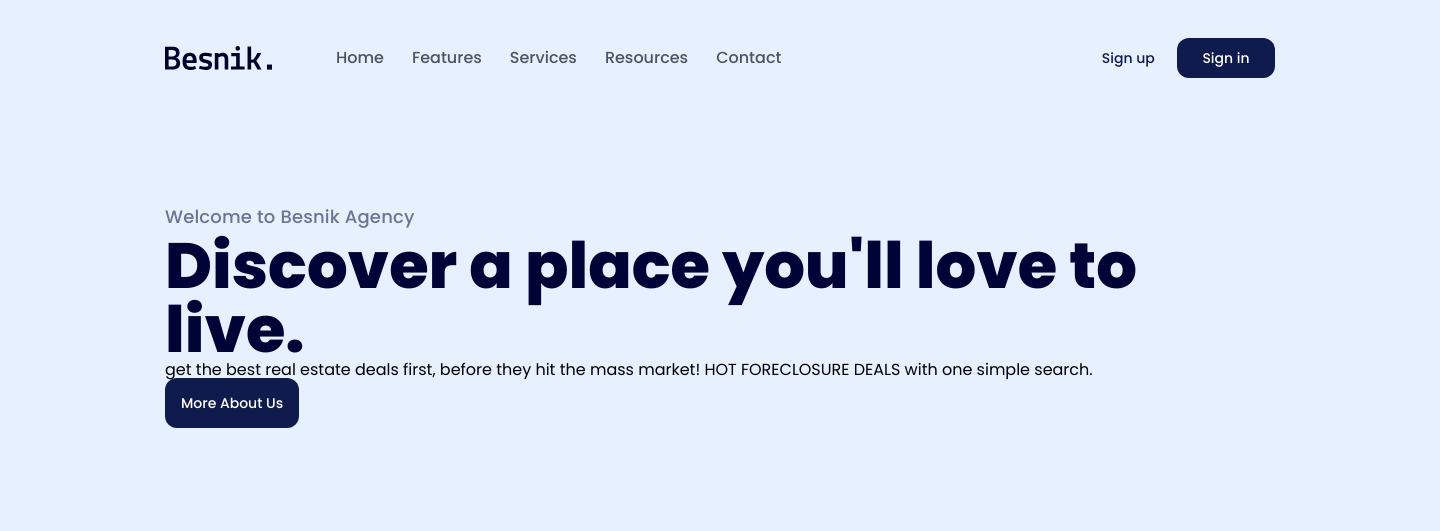
Repository: datvu1608/dv-htmlcss-01
Page: index.html
An editor plug-in stored every save of this project. The page is shown before and after the next save, followed by the edit.
The browser window is 1280 px wide. The page is 1440 px wide, so the pictures cover 1440 px, including what lies to the right of the window. The pictures show the whole page.

Above is the page before, as saved 2023-06-01 14:49:55.

### index.html
<!DOCTYPE html>
<html lang="en">
  <head>
    <meta charset="UTF-8" />
    <meta http-equiv="X-UA-Compatible" content="IE=edge" />
    <meta name="viewport" content="width=device-width, initial-scale=1.0" />
    <title>Project 1</title>
    <link rel="stylesheet" href="./assets/css/reset.css" />
    <link rel="stylesheet" href="./assets/fonts/stylesheet.css" />
    <link rel="stylesheet" href="./assets/css/style.css" />
  </head>
  <body>
    <main>
      <!-- Header -->
      <header class="header">
        <div class="content">
          <nav class="navbar">
            <!-- logo -->
            <img src="./assets/img/Logo.svg" alt="Besnik" />
            <!-- navigation -->
            <ul>
              <li><a href="#!">Home</a></li>
              <li><a href="#!">Features</a></li>
              <li><a href="#!">Services</a></li>
              <li><a href="#!">Resources</a></li>
              <li><a href="#!">Contact</a></li>
            </ul>
            <!-- action -->
            <div class="actions">
              <a href="#!" class="action-link">Sign up</a>
              <a href="#!" class="btn action-btn">Sign in</a>
            </div>
          </nav>
          <div class="hero">
            <div class="info">
              <p class="sub-title">Welcome to Besnik Agency</p>
              <h1 class="title">Discover a place you'll love to live.</h1>
              <p class="desc">
                get the best real estate deals first, before they hit the mass
                market! HOT FORECLOSURE DEALS with one simple search.
              </p>
              <a href="" class="btn">More About Us</a>
            </div>
          </div>
        </div>
      </header>
    </main>
  </body>
</html>

### assets/fonts/stylesheet.css
/* ============ Poppins =================== */
@font-face {
  font-family: 'Poppins';
  src: url('Poppins-BlackItalic.woff2') format('woff2'),
    url('Poppins-BlackItalic.woff') format('woff');
  font-weight: 900;
  font-style: italic;
  font-display: swap;
}

@font-face {
  font-family: 'Poppins';
  src: url('Poppins-Bold.woff2') format('woff2'),
    url('Poppins-Bold.woff') format('woff');
  font-weight: bold;
  font-style: normal;
  font-display: swap;
}

@font-face {
  font-family: 'Poppins';
  src: url('Poppins-Black.woff2') format('woff2'),
    url('Poppins-Black.woff') format('woff');
  font-weight: 900;
  font-style: normal;
  font-display: swap;
}

@font-face {
  font-family: 'Poppins';
  src: url('Poppins-BoldItalic.woff2') format('woff2'),
    url('Poppins-BoldItalic.woff') format('woff');
  font-weight: bold;
  font-style: italic;
  font-display: swap;
}

@font-face {
  font-family: 'Poppins';
  src: url('Poppins-ExtraBoldItalic.woff2') format('woff2'),
    url('Poppins-ExtraBoldItalic.woff') format('woff');
  font-weight: bold;
  font-style: italic;
  font-display: swap;
}

@font-face {
  font-family: 'Poppins';
  src: url('Poppins-ExtraLightItalic.woff2') format('woff2'),
    url('Poppins-ExtraLightItalic.woff') format('woff');
  font-weight: 200;
  font-style: italic;
  font-display: swap;
}

@font-face {
  font-family: 'Poppins';
  src: url('Poppins-LightItalic.woff2') format('woff2'),
    url('Poppins-LightItalic.woff') format('woff');
  font-weight: 300;
  font-style: italic;
  font-display: swap;
}

@font-face {
  font-family: 'Poppins';
  src: url('Poppins-ExtraBold.woff2') format('woff2'),
    url('Poppins-ExtraBold.woff') format('woff');
  font-weight: bold;
  font-style: normal;
  font-display: swap;
}

@font-face {
  font-family: 'Poppins';
  src: url('Poppins-Italic.woff2') format('woff2'),
    url('Poppins-Italic.woff') format('woff');
  font-weight: normal;
  font-style: italic;
  font-display: swap;
}

@font-face {
  font-family: 'Poppins';
  src: url('Poppins-Light.woff2') format('woff2'),
    url('Poppins-Light.woff') format('woff');
  font-weight: 300;
  font-style: normal;
  font-display: swap;
}

@font-face {
  font-family: 'Poppins';
  src: url('Poppins-ExtraLight.woff2') format('woff2'),
    url('Poppins-ExtraLight.woff') format('woff');
  font-weight: 200;
  font-style: normal;
  font-display: swap;
}

@font-face {
  font-family: 'Poppins';
  src: url('Poppins-Medium.woff2') format('woff2'),
    url('Poppins-Medium.woff') format('woff');
  font-weight: 500;
  font-style: normal;
  font-display: swap;
}

@font-face {
  font-family: 'Poppins';
  src: url('Poppins-Regular.woff2') format('woff2'),
    url('Poppins-Regular.woff') format('woff');
  font-weight: normal;
  font-style: normal;
  font-display: swap;
}

@font-face {
  font-family: 'Poppins';
  src: url('Poppins-SemiBold.woff2') format('woff2'),
    url('Poppins-SemiBold.woff') format('woff');
  font-weight: 600;
  font-style: normal;
  font-display: swap;
}

@font-face {
  font-family: 'Poppins';
  src: url('Poppins-ThinItalic.woff2') format('woff2'),
    url('Poppins-ThinItalic.woff') format('woff');
  font-weight: 100;
  font-style: italic;
  font-display: swap;
}

@font-face {
  font-family: 'Poppins';
  src: url('Poppins-MediumItalic.woff2') format('woff2'),
    url('Poppins-MediumItalic.woff') format('woff');
  font-weight: 500;
  font-style: italic;
  font-display: swap;
}

@font-face {
  font-family: 'Poppins';
  src: url('Poppins-Thin.woff2') format('woff2'),
    url('Poppins-Thin.woff') format('woff');
  font-weight: 100;
  font-style: normal;
  font-display: swap;
}

@font-face {
  font-family: 'Poppins';
  src: url('Poppins-SemiBoldItalic.woff2') format('woff2'),
    url('Poppins-SemiBoldItalic.woff') format('woff');
  font-weight: 600;
  font-style: italic;
  font-display: swap;
}
/* ============ Poppins =================== */

### assets/css/style.css
* {
  box-sizing: border-box;
}
html {
  font-size: 62.5%;
}
body {
  font-size: 1.6rem;
  font-family: 'Poppins', sans-serif;
}

/* Common */
:root {
  --primary-color: #0f1b4c;
}
a {
  text-decoration: none;
}
.content {
  width: 1110px;
  max-width: calc(100% - 48px);
  margin-left: auto;
  margin-right: auto;
}
.btn {
  display: inline-block;
  padding: 18px 16px;
  min-width: 98px;
  background: #0f1b4c;
  border-radius: 12px;
  font-weight: 500;
  font-size: 1.4rem;
  text-align: center;
  color: #fff;
}
.btn:hover {
  opacity: 0.9;
}
/* Header */
.header {
  width: 1440px;
  height: 100vh;
  background: #e6f0ff;
}

.navbar {
  display: flex;
  align-items: center;
  padding-top: 38px;
}

.navbar ul {
  display: flex;
  margin-left: 50px;
}

.navbar .actions {
  margin-left: auto;
}
.navbar ul a {
  font-weight: 500;
  font-size: 1s4rem;
  color: #4f5361;
  padding: 8px 1.4rem;
}
.navbar ul a:hover {
  text-decoration: underline;
}
.navbar .action-link {
  font-size: 1.4rem;
  color: #0f1b4c;
  font-weight: 500;
}
.navbar .action-btn {
  padding: 13px 16px;
  margin-left: 18px;
}
/* hero */
.hero {
  margin-top: 130px;
}
.hero .sub-title {
  font-weight: 500;
  font-size: 18px;
  letter-spacing: 0.01em;
  color: #687690;
}
.hero .title {
  font-weight: 700;
  font-size: 64px;
  color: #000336;
  margin-top: 8px;
  min-width: 559px;
}

Loaded but not shown: assets/css/reset.css (common file)

After the next save:
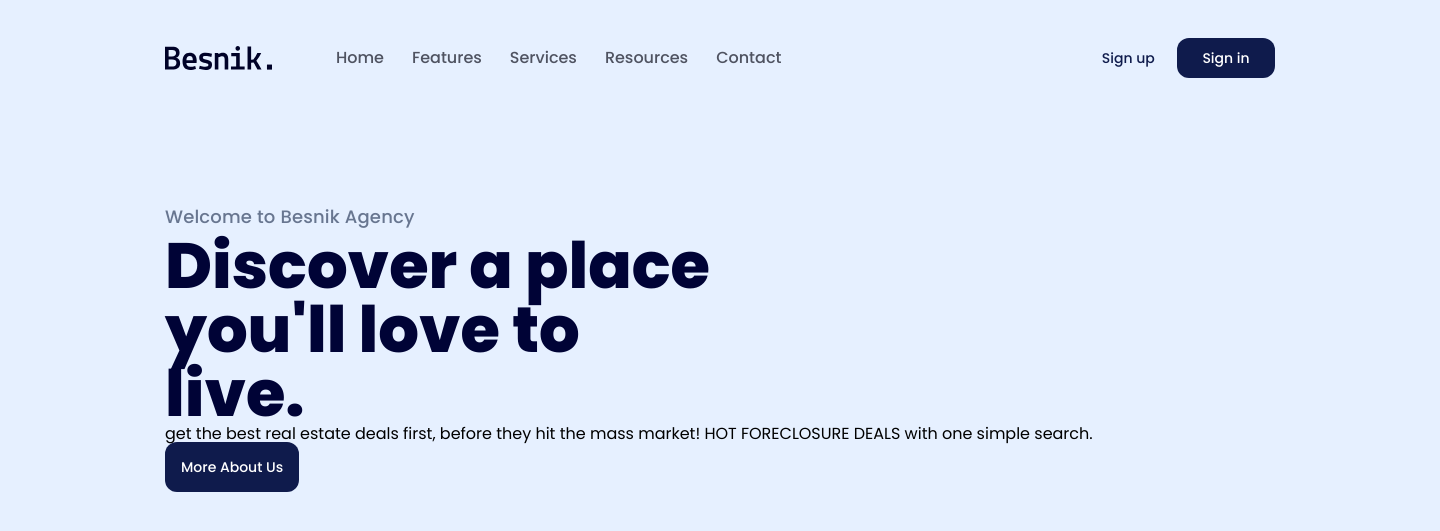
Saved 11 s later.
--- a/assets/css/style.css
+++ b/assets/css/style.css
@@ -90,5 +90,5 @@
   font-size: 64px;
   color: #000336;
   margin-top: 8px;
-  min-width: 559px;
+  max-width: 559px;
 }
